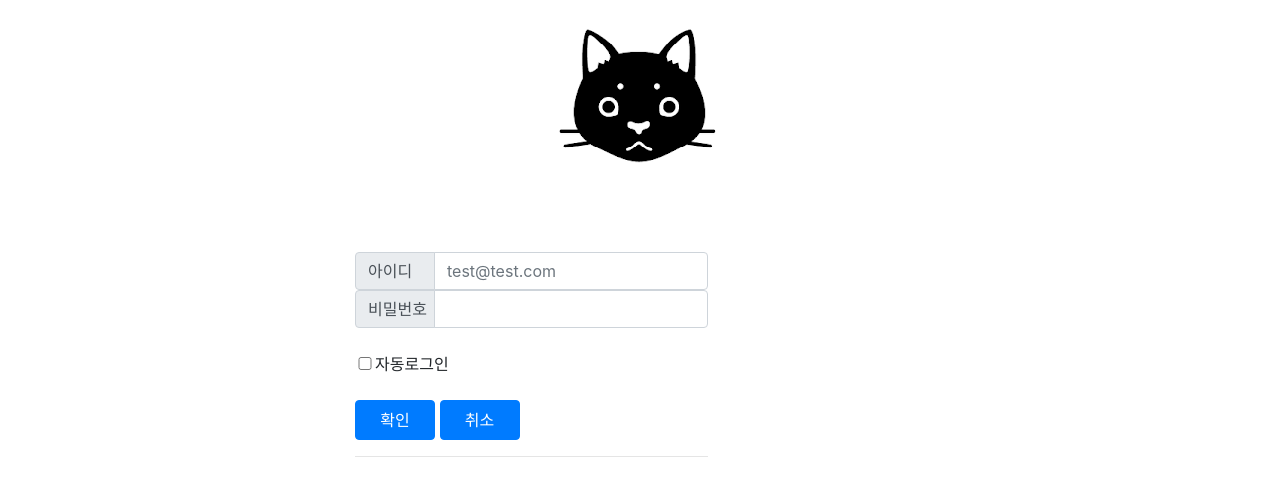
Repository: 0deepsleep/SpringMVCStudy
Page: http://localhost/TestProject/joinCheck.jsp
An editor plug-in stored every save of this project. The page is shown before and after the next save, followed by the edit.
The browser window is 1280 px wide. The pictures show the whole page.
The page is served by Tomcat 9.

Above is the page before, as saved 2019-06-14 09:52:48.

After the next save:
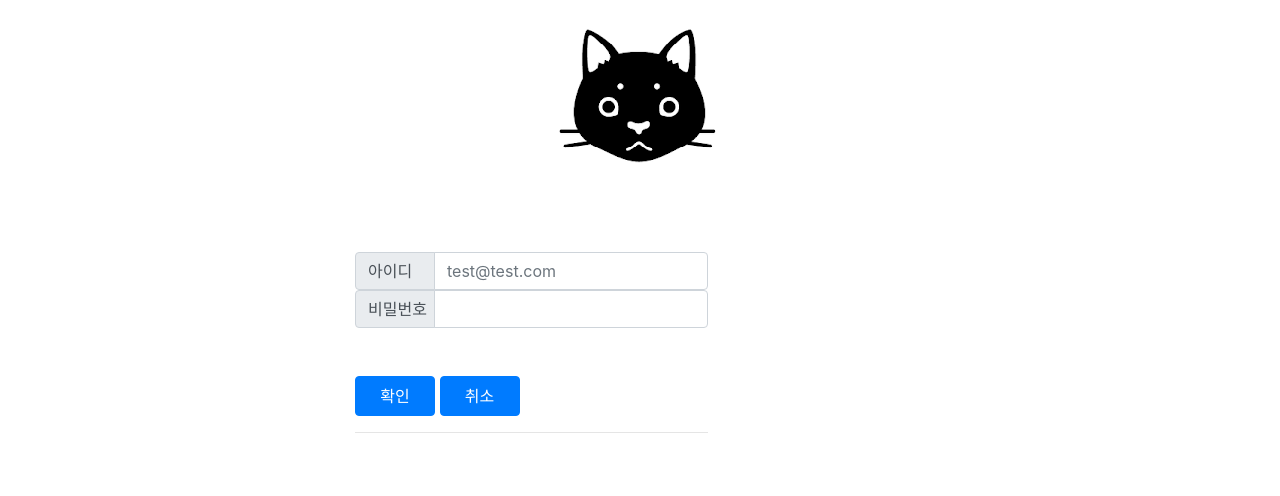
Saved 24 s later.
--- a/TestProject/WebContent/joinCheck.jsp
+++ b/TestProject/WebContent/joinCheck.jsp
@@ -80,7 +80,7 @@
 		  required="required" >
 		</div>
 		<span id="err">패스워드를 입력하세요.</span>
-		<br><input type="checkbox" style="width: 20px;">자동로그인
+
 
 		<br><br>
 		<button type="button" id="btn" name="btn" class="btn-primary btn">확인</button>
